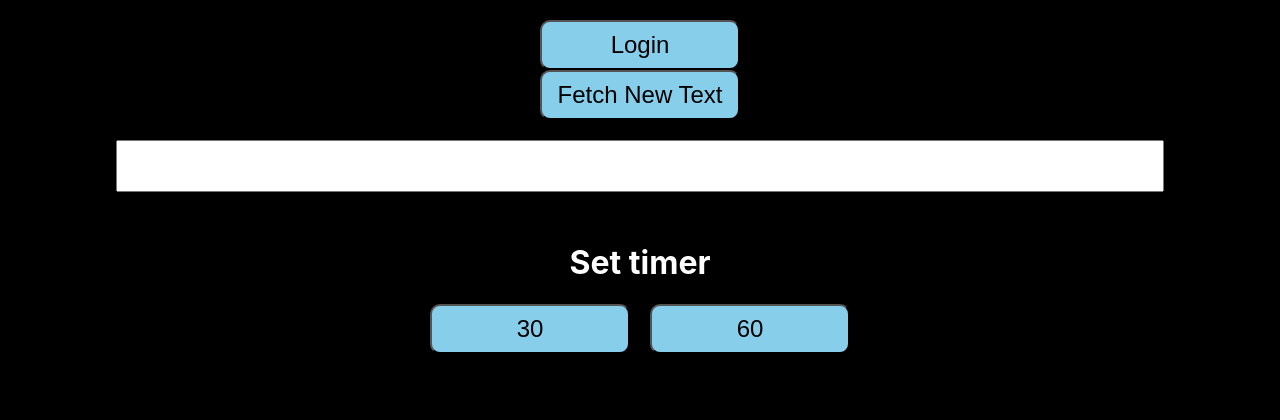
Repository: abhaysharma20233009/swiftKey
Page: / (app in frontend/my-app/)
An editor plug-in stored every save of this project. The page is shown before and after the next save, followed by the edit.
The browser window is 1280 px wide. The pictures show the whole page.
The page's requests for data from a server got no answer. The project was rebuilt for these pictures with package versions that can differ from the ones it lists, and the page was loaded fresh each time. No one was signed in, and anything a server would have sent is missing. Also part of the build but not shown: frontend/my-app/src/Results.js, frontend/my-app/src/Login.js.

Above is the page before, as saved 2024-10-10 15:21:22.

After the next save:
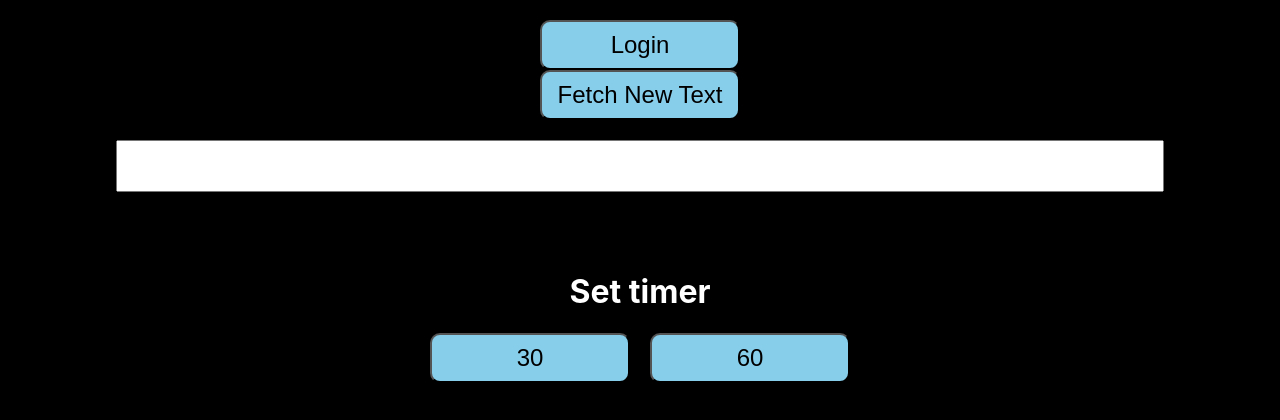
Saved 18 s later.
--- a/frontend/my-app/src/Swifts.js
+++ b/frontend/my-app/src/Swifts.js
@@ -10,7 +10,7 @@ function Swifts() {
     const location = useLocation();
 
     // Retrieve username from location state
-    const username = location.state?.username || '';
+    const username = location.state?.username||'';
 
     const fetchMessages = async () => {
         try {
@@ -35,7 +35,7 @@ function Swifts() {
     useEffect(() => {
         if (time > 0) {
             const timer = setTimeout(() => {
-                navigate('/results', { state: { currentWordIndex, username } });
+                navigate('/results', { state: { currentWordIndex, username } }); // Pass both currentWordIndex and username
             }, time * 1000);
 
             return () => clearTimeout(timer);
@@ -64,9 +64,9 @@ function Swifts() {
         <div style={{ textAlign: 'center', marginTop: '20px' }}>
             {username && <h2>Welcome, {username}!</h2>}
             <button className="log" onClick={() => navigate('/login')}>Login</button>
-            <br />
+            <br/>
             <button className="log" onClick={fetchMessages}>Fetch New Text</button>
-            <br />
+            <br/>
             <input
                 type="text"
                 value={inputValue}
@@ -79,14 +79,7 @@ function Swifts() {
                 }}
                 placeholder={currentWord.slice(inputValue.length)}
             />
-            <div className="para" style={{
-                fontSize: '24px',
-                marginTop: '10px',
-                display: 'flex',
-                flexWrap: 'wrap',
-                maxWidth: '100%',
-                justifyContent: 'flex-start',
-            }}>
+            <div className="para" style={{ fontSize: '24px', marginTop: '10px' }}>
                 {words.map((word, index) => (
                     <span
                         key={index}
@@ -94,7 +87,6 @@ function Swifts() {
                             padding: '0 5px',
                             color: index === currentWordIndex ? 'blue' : 'white',
                             textDecoration: index < currentWordIndex ? 'line-through' : 'none',
-                            width: 'calc(100% - 100px)', // Ensure 10 words per line
                         }}
                     >
                         {word}
